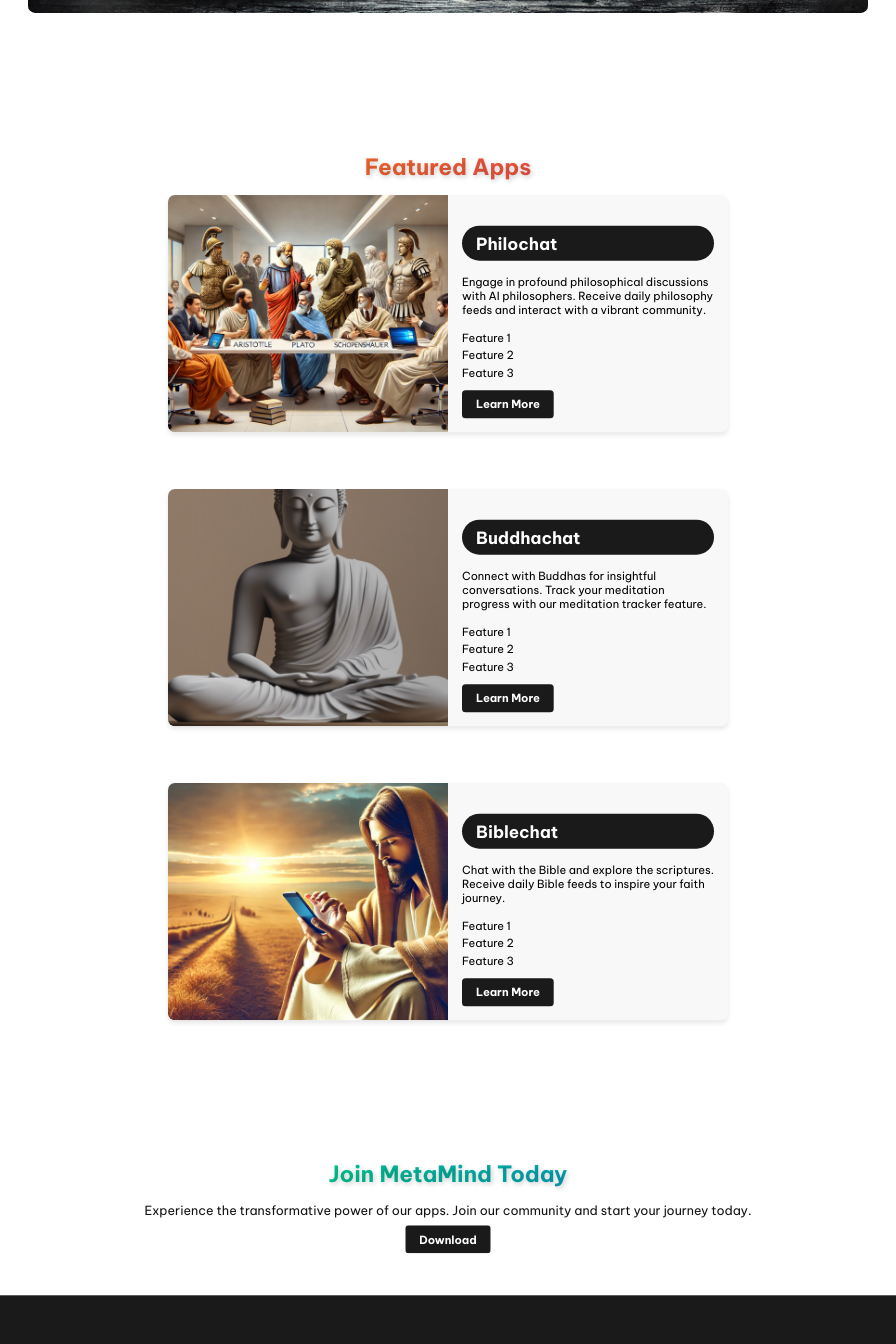
Repository: HSfac/EthosMindWeb
Page: /
These files come from the project's save history. The page is drawn as it stood at one moment and after a run of saves; the edit follows.
The browser window is 1280 px wide. The pictures show the part of the page from y = 709 to 2629 px (the page is 2949 px tall), at 70% of full size.
The project was rebuilt for these pictures with package versions that can differ from the ones it lists, and the page was loaded fresh each time. Also part of the build but not shown: src/pages/SaintsChat.css, src/pages/SaintsChat.jsx, src/pages/BuddhaChat.css, src/pages/BuddhaChat.jsx, src/pages/BibleChat.css, src/pages/BibleChat.jsx, src/pages/Download.css, src/pages/Download.jsx.

Above is the page before, as saved 2024-07-21 22:40:48.

### src/index.css
@import url('https://fonts.googleapis.com/css2?display=swap&family=Be+Vietnam+Pro:wght@400;500;700;900&family=Noto+Sans:wght@400;500;700;900');

body {
  font-family: "Be Vietnam Pro", "Noto Sans", sans-serif;
  margin: 0;
  padding: 0;
  box-sizing: border-box;
}

### src/App.jsx
import React from 'react';
import { BrowserRouter as Router, Route, Routes } from 'react-router-dom';
import Home from './pages/Home.jsx';
import SaintsChat from './pages/SaintsChat.jsx';
import BuddhaChat from './pages/BuddhaChat.jsx';
import BibleChat from './pages/BibleChat.jsx';
import Download from './pages/Download.jsx'; // Download 페이지를 추가합니다.
import Header from './components/Header.jsx';
import Footer from './components/Footer.jsx';

function App() {
  return (
    <Router>
      <Header />
      <Routes>
        <Route path="/" element={<Home />} />
        <Route path="/saintschat" element={<SaintsChat />} />
        <Route path="/buddhachats" element={<BuddhaChat />} />
        <Route path="/biblechats" element={<BibleChat />} />
        <Route path="/download" element={<Download />} /> {/* Download 페이지를 추가합니다. */}
      </Routes>
      <Footer />
    </Router>
  );
}

export default App;

### src/pages/Home.jsx
import React from 'react';
import './Home.css';
import { Link } from 'react-router-dom';
import heroImage from '../assets/images/hero-image-land.png';
import philochatScreenshot from '../assets/images/ph-image-dl.png';
import buddhachatScreenshot from '../assets/images/buddha-hero-image.png';
import biblechatScreenshot from '../assets/images/jesus-image-dl.png';

function Home() {
  return (
    <main className="home-main">
      {/* Hero Section */}
      <section className="home-hero" style={{ backgroundImage: `url(${heroImage})` }}>
        <div className="home-hero-content">
          <h1 className="home-hero-title">Welcome to MetaMind</h1>
          <p className="home-hero-description">Explore our innovative apps designed to enrich your spiritual journey and philosophical discussions.</p>
          <div className="home-hero-search">
            <input type="text" placeholder="Chat with great thinkers" />
            <Link to="/download" className="home-hero-button">Download</Link>
          </div>
        </div>
      </section>

      {/* App Introduction Section */}
      <section id="home-app-introduction" className="home-app-introduction">
        <h2 className="home-section-title">Featured Apps</h2>
        <div className="home-app-cards">
          <div className="home-app-card">
            <div className="home-app-image-container">
              <img src={philochatScreenshot} alt="Philochat App Screenshot" className="home-app-image" />
            </div>
            <div className="home-app-info">
              <h3 className="home-app-title">Philochat</h3>
              <p className="home-app-description">Engage in profound philosophical discussions with AI philosophers. Receive daily philosophy feeds and interact with a vibrant community.</p>
              <ul className="home-app-features">
                <li>Feature 1</li>
                <li>Feature 2</li>
                <li>Feature 3</li>
              </ul>
              <Link to="/saintschat" className="home-learn-more-button" onClick={() => window.scrollTo(0, 0)}>Learn More</Link>
            </div>
          </div>
          <hr className="home-divider" />

          <div className="home-app-card">
            <div className="home-app-image-container">
              <img src={buddhachatScreenshot} alt="Buddhachat App Screenshot" className="home-app-image" />
            </div>
            <div className="home-app-info">
              <h3 className="home-app-title">Buddhachat</h3>
              <p className="home-app-description">Connect with Buddhas for insightful conversations. Track your meditation progress with our meditation tracker feature.</p>
              <ul className="home-app-features">
                <li>Feature 1</li>
                <li>Feature 2</li>
                <li>Feature 3</li>
              </ul>
              <Link to="/buddhachats" className="home-learn-more-button" onClick={() => window.scrollTo(0, 0)}>Learn More</Link>
            </div>
          </div>
          <hr className="home-divider" />

          <div className="home-app-card">
            <div className="home-app-image-container">
              <img src={biblechatScreenshot} alt="Biblechat App Screenshot" className="home-app-image" />
            </div>
            <div className="home-app-info">
              <h3 className="home-app-title">Biblechat</h3>
              <p className="home-app-description">Chat with the Bible and explore the scriptures. Receive daily Bible feeds to inspire your faith journey.</p>
              <ul className="home-app-features">
                <li>Feature 1</li>
                <li>Feature 2</li>
                <li>Feature 3</li>
              </ul>
              <Link to="/biblechats" className="home-learn-more-button" onClick={() => window.scrollTo(0, 0)}>Learn More</Link>
            </div>
          </div>
        </div>
      </section>

      {/* Call to Action Section */}
      <section className="home-cta-section">
        <h2 className="home-cta-title">Join MetaMind Today</h2>
        <p className="home-cta-description">Experience the transformative power of our apps. Join our community and start your journey today.</p>
        <div className="home-cta-buttons">
          <Link to="/download" className="home-cta-button">Download</Link>
        </div>
      </section>
    </main>
  );
}

export default Home;

### src/components/Header.jsx
import React from 'react';
import { Link } from 'react-router-dom';
import './Header.css';

function Header() {
  return (
    <header className="header">
      <h1 className="header-title">MetaMind</h1>
      <nav className="nav">
        <ul className="nav-list">
          <li className="nav-item"><Link to="/">Home</Link></li>
          <li className="nav-item"><Link to="/saintschat">PhiloChat</Link></li>
          <li className="nav-item"><Link to="/buddhachats">BuddhaChat</Link></li>
          <li className="nav-item"><Link to="/biblechats">BibleChat</Link></li>
          <li className="nav-item header-download-button"><Link to="/download">Download</Link></li>
          <li className="nav-item"><button className="toggle-button" onClick={() => document.body.classList.toggle('dark-mode')}>🌓</button></li>
        </ul>
      </nav>
    </header>
  );
}

export default Header;

### src/components/Footer.jsx
import React from 'react';
import { Link } from 'react-router-dom';
import './Footer.css';

function Footer() {
  return (
    <footer className="footer">
      <div className="footer-content">
        <div className="footer-section">
          <h2 className="footer-title">SaintsChat</h2>
          <p className="footer-description">Connecting you with the greatest thinkers in history.</p>
        </div>
        <div className="footer-section">
          <h3 className="footer-subtitle">Explore</h3>
          <ul className="footer-links">
            <li><Link to="/">Home</Link></li>
            <li><Link to="/saintschat">SaintsChat</Link></li>
            <li><Link to="/buddhachats">BuddhaChat</Link></li>
            <li><Link to="/biblechats">BibleChat</Link></li>
          </ul>
        </div>
        <div className="footer-section">
          <h3 className="footer-subtitle">Company</h3>
          <ul className="footer-links">
            <li><Link to="/about">About Us</Link></li>
            <li><Link to="/contact">Contact</Link></li>
            <li><Link to="/careers">Careers</Link></li>
            <li><Link to="/privacy">Privacy Policy</Link></li>
          </ul>
        </div>
        <div className="footer-section">
          <h3 className="footer-subtitle">Follow Us</h3>
          <div className="footer-social">
            <a href="https://facebook.com" target="_blank" rel="noopener noreferrer">Facebook</a>
            <a href="https://twitter.com" target="_blank" rel="noopener noreferrer">Twitter</a>
            <a href="https://instagram.com" target="_blank" rel="noopener noreferrer">Instagram</a>
            <a href="https://linkedin.com" target="_blank" rel="noopener noreferrer">LinkedIn</a>
          </div>
        </div>
      </div>
      <div className="footer-bottom">
        <p>&copy; 2024 SaintsChat. All rights reserved.</p>
      </div>
    </footer>
  );
}

export default Footer;

### src/pages/Home.css
.home-main {
  padding: 20px 40px;
}


.home-hero {
  background: linear-gradient(rgba(0, 0, 0, 0.1) 0%, rgba(0, 0, 0, 0.4) 100%), center/cover no-repeat;
  color: #ffffff;
  text-align: center;
  padding: 60px 20px;
  border-radius: 10px;
  margin-bottom: 40px;
  background-size: cover; /* 이미지가 섹션을 완전히 덮도록 설정 */
  background-position: center; /* 이미지가 중심에 위치하도록 설정 */
  min-height: 70vh; /* 히어로 섹션의 최소 높이를 70vh로 설정 */
  display: flex;
  justify-content: center;
  align-items: center;
}

.home-hero-content {
  max-width: 600px;
  margin: 0 auto;
}

.home-hero-title {
  font-size: 40px;
  font-weight: 900;
}

.home-hero-description {
  font-size: 18px;
  margin: 10px 0;
}

.home-hero-search {
  display: flex;
  justify-content: center;
  margin-top: 20px;
}

.home-hero-search input {
  padding: 10px;
  font-size: 16px;
  border: none;
  border-radius: 5px 0 0 5px;
  outline: none;
}

.home-hero-button {
  padding: 10px 20px;
  font-size: 16px;
  border: none;
  background-color: #1a1a1a;
  color: #ffffff;
  border-radius: 0 5px 5px 0;
  cursor: pointer;
  text-decoration: none;
}

.home-hero-button:hover {
  background-color: #333333;
  transform: scale(1.05);
  transition: background-color 0.3s, transform 0.3s;
}

.home-app-introduction {
  margin: 40px 0;
  margin-top: 200px;
  margin-bottom: 200px;
}

.home-section-title {
  font-size: 32px;
  font-weight: bold;
  text-align: center;
  margin-bottom: 20px;
  background: linear-gradient(90deg, #ff8a00, #e52e71);
  -webkit-background-clip: text;
  -webkit-text-fill-color: transparent;
  text-shadow: 2px 2px 8px rgba(0, 0, 0, 0.2);
  animation: fadeIn 2s ease-in-out;
}

.home-app-cards {
  display: flex;
  flex-direction: column;
  align-items: center;
  gap: 20px;
}

.home-app-card {
  display: flex;
  background-color: #f8f8f8;
  border-radius: 10px;
  box-shadow: 0 4px 8px rgba(0, 0, 0, 0.1);
  max-width: 800px;
  width: 100%;
  overflow: hidden;
}

.home-app-image-container {
  flex: 1;
  min-width: 50%;
}

.home-app-image {
  width: 100%;
  height: 100%;
  object-fit: cover;
}

.home-app-info {
  flex: 1;
  padding: 20px;
  display: flex;
  flex-direction: column;
  justify-content: center;
  color: black;
}

.home-app-title {
  font-size: 24px;
  font-weight: bold;
  background-color: #1a1a1a;
  color: #ffffff;
  padding: 10px 20px;
  border-radius: 50px;
  display: inline-block;
  margin-bottom: 10px;
  white-space: nowrap;
}

.home-app-description {
  font-size: 16px;
  margin: 10px 0;
  color: black;
}

.home-app-features {
  list-style: none;
  padding: 0;
  margin: 10px 0;
}

.home-app-features li {
  font-size: 16px;
  margin-bottom: 5px;
}

.home-learn-more-button {
  background-color: #1a1a1a;
  color: #ffffff;
  padding: 10px 20px;
  border: none;
  border-radius: 5px;
  cursor: pointer;
  font-size: 16px;
  font-weight: bold;
  text-decoration: none;
  align-self: flex-start;
  transition: background-color 0.3s, transform 0.3s;
}

.home-learn-more-button:hover {
  background-color: #333333;
  transform: scale(1.05);
}

.home-divider {
  border: 0;
  height: 1px;
  margin: 20px 0;
  background-color: rgba(0, 0, 0, 0.2);
}

.home-cta-section {
  margin: 40px 0;
  text-align: center;
}

.home-cta-title {
  font-size: 32px;
  font-weight: bold;
  margin-bottom: 20px;
  background: linear-gradient(90deg, #00f260, #0575e6);
  -webkit-background-clip: text;
  -webkit-text-fill-color: transparent;
  text-shadow: 2px 2px 8px rgba(0, 0, 0, 0.2);
  animation: bounce 2s infinite;
}
.home-cta-description {
  font-size: 18px;
  margin: 10px 0;
}

.home-cta-buttons {
  display: flex;
  justify-content: center;
  gap: 10px;
}

.home-cta-button {
  background-color: #1a1a1a;
  color: #ffffff;
  padding: 10px 20px;
  border: none;
  border-radius: 5px;
  cursor: pointer;
  font-size: 16px;
  font-weight: bold;
  text-decoration: none;
  position: relative;
  transition: background-color 0.3s, transform 0.3s;
  overflow: hidden;
}

.home-cta-button::after {
  content: "";
  position: absolute;
  top: 50%;
  left: 50%;
  width: 300%;
  height: 300%;
  background: rgba(255, 255, 255, 0.15);
  opacity: 0;
  transform: translate(-50%, -50%) scale(0);
  transition: transform 0.5s, opacity 0.5s;
  border-radius: 50%;
}

.home-cta-button:hover::after {
  transform: translate(-50%, -50%) scale(1);
  opacity: 1;
}

@keyframes pop {
  0%, 100% {
    transform: scale(1);
  }
  50% {
    transform: scale(1.2);
  }
}

.home-cta-button:hover {
  background-color: #333333;
  animation: pop 0.6s ease-in-out infinite;
}


@keyframes fadeIn {
  from {
    opacity: 0;
  }
  to {
    opacity: 1;
  }
}

@keyframes bounce {
  0%, 100% {
    transform: translateY(0);
  }
  50% {
    transform: translateY(-10px);
  }
}

### src/components/Header.css
.header {
  display: flex;
  justify-content: space-between;
  align-items: center;
  padding: 10px 20px;
  border-bottom: 1px solid #ededed;
}

.header-title {
  font-size: 24px;
  font-weight: bold;
}

.nav {
  display: flex;
}

.nav-list {
  display: flex;
  list-style: none;
  margin: 0;
  padding: 0;
}

.nav-item {
  margin-left: 20px;
}

.nav-item a {
  text-decoration: none;
  color: var(--text-color);
  font-weight: 500;
}

.header-download-button a {
  padding: 8px 16px;
  border-radius: 20px;
  background-color: #1a1a1a;
  color: white;
}

.toggle-button {
  background: none;
  border: none;
  font-size: 18px;
  cursor: pointer;
  margin-left: 20px;
}

:root {
  --bg-color: white;
  --text-color: #141414;
}

.dark-mode {
  --bg-color: #141414;
  --text-color: white;
}

body {
  background-color: var(--bg-color);
  color: var(--text-color);
  transition: background-color 0.3s, color 0.3s;
}

### src/components/Footer.css
.footer {
  background-color: #1a1a1a;
  color: white;
  padding: 40px 20px;
  text-align: center;
}

.footer-content {
  display: flex;
  flex-wrap: wrap;
  justify-content: space-around;
  margin-bottom: 20px;
}

.footer-section {
  flex: 1;
  min-width: 200px;
  margin: 20px;
}

.footer-title {
  font-size: 24px;
  font-weight: bold;
}

.footer-description {
  font-size: 14px;
}

.footer-subtitle {
  font-size: 18px;
  font-weight: bold;
  margin-bottom: 10px;
}

.footer-links {
  list-style: none;
  padding: 0;
}

.footer-links li {
  margin-bottom: 10px;
}

.footer-links a {
  text-decoration: none;
  color: white;
}

.footer-social a {
  display: block;
  margin-bottom: 10px;
  text-decoration: none;
  color: white;
}

.footer-bottom {
  border-top: 1px solid #333;
  padding-top: 20px;
  font-size: 14px;
}

Loaded but not shown: public/index.html (common file); src/index.js (common file)

After the next 4 saves:
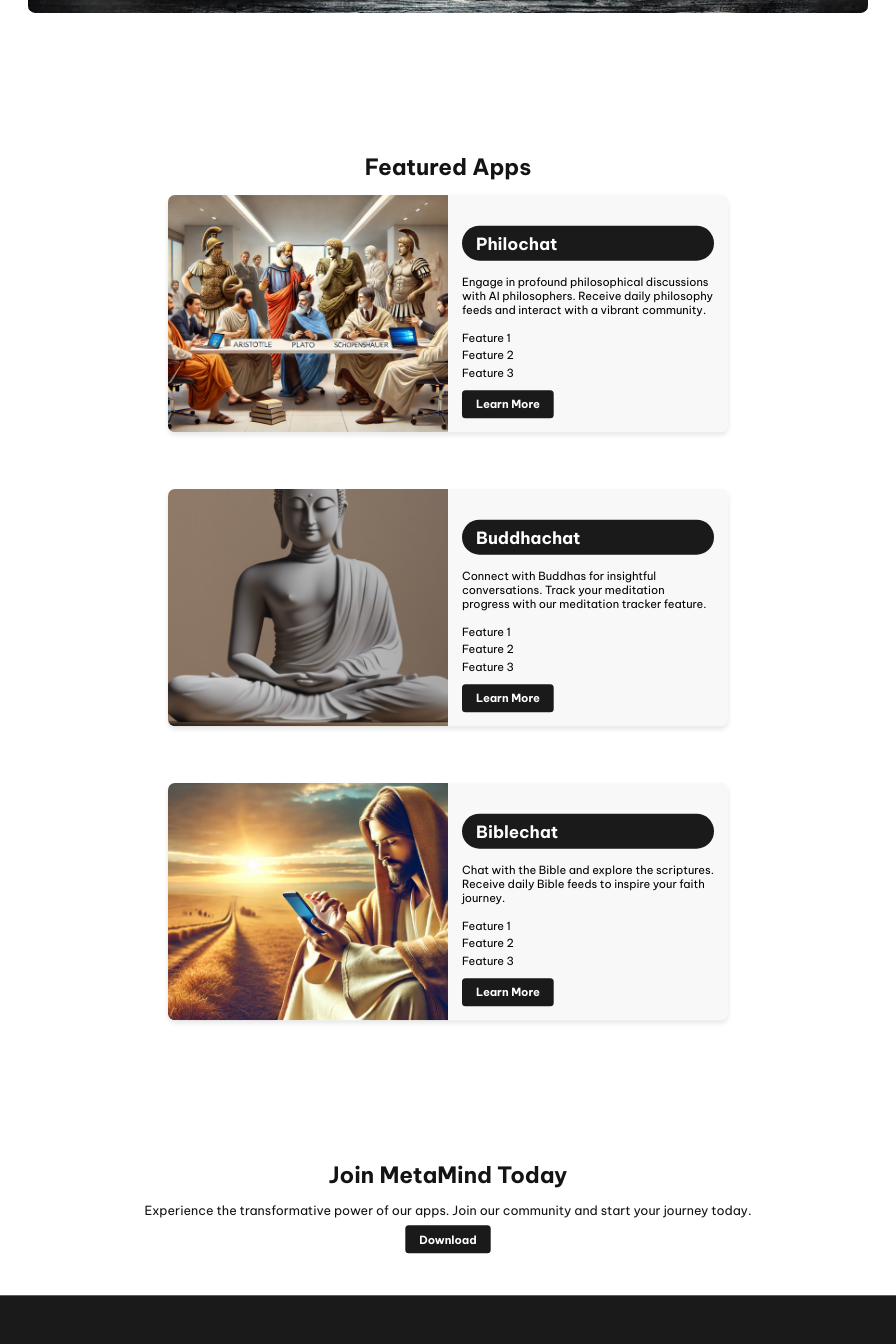
The 4 saves are shown as one change because they came seconds apart.
The last was saved 57 s later.
--- a/src/pages/Home.css
+++ b/src/pages/Home.css
@@ -1,7 +1,6 @@
 .home-main {
   padding: 20px 40px;
 }
-
 
 .home-hero {
   background: linear-gradient(rgba(0, 0, 0, 0.1) 0%, rgba(0, 0, 0, 0.4) 100%), center/cover no-repeat;
@@ -75,11 +74,6 @@
   font-weight: bold;
   text-align: center;
   margin-bottom: 20px;
-  background: linear-gradient(90deg, #ff8a00, #e52e71);
-  -webkit-background-clip: text;
-  -webkit-text-fill-color: transparent;
-  text-shadow: 2px 2px 8px rgba(0, 0, 0, 0.2);
-  animation: fadeIn 2s ease-in-out;
 }
 
 .home-app-cards {
@@ -183,12 +177,8 @@
   font-size: 32px;
   font-weight: bold;
   margin-bottom: 20px;
-  background: linear-gradient(90deg, #00f260, #0575e6);
-  -webkit-background-clip: text;
-  -webkit-text-fill-color: transparent;
-  text-shadow: 2px 2px 8px rgba(0, 0, 0, 0.2);
-  animation: bounce 2s infinite;
-}
+}
+
 .home-cta-description {
   font-size: 18px;
   margin: 10px 0;
@@ -247,22 +237,3 @@
   background-color: #333333;
   animation: pop 0.6s ease-in-out infinite;
 }
-
-
-@keyframes fadeIn {
-  from {
-    opacity: 0;
-  }
-  to {
-    opacity: 1;
-  }
-}
-
-@keyframes bounce {
-  0%, 100% {
-    transform: translateY(0);
-  }
-  50% {
-    transform: translateY(-10px);
-  }
-}
